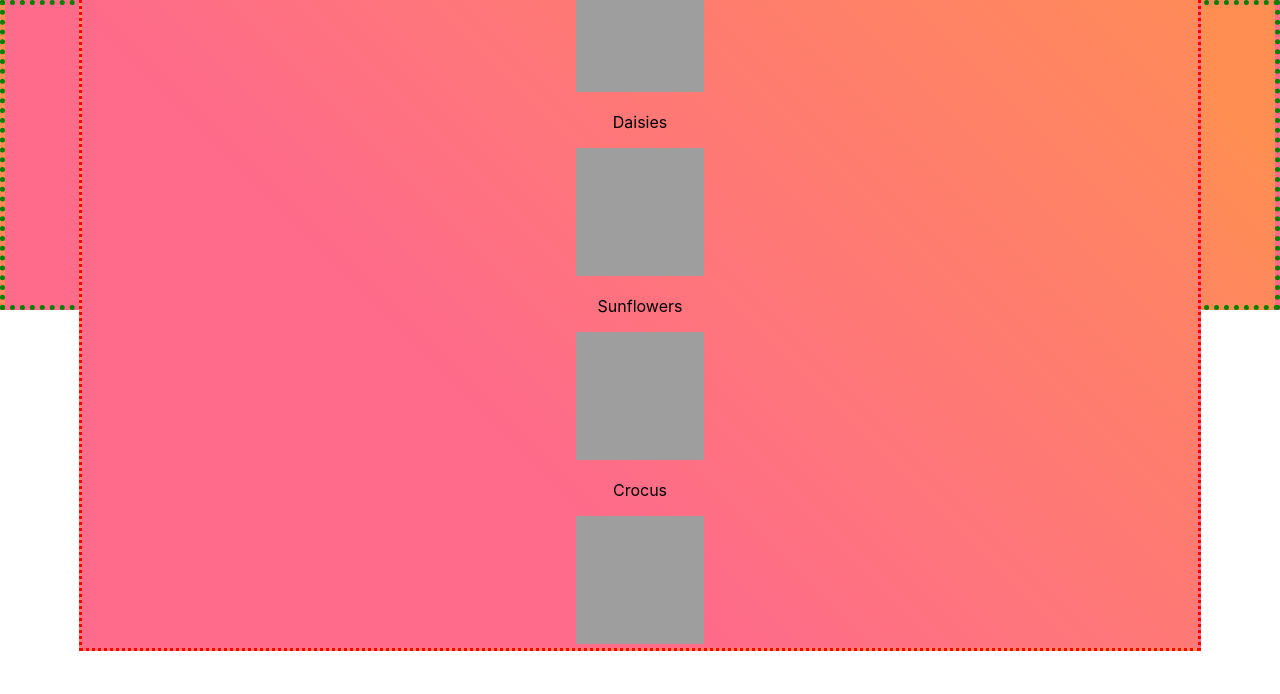
Repository: DevLuDaley/react-flower-shop
Page: /
These files come from the project's save history. The page is drawn as it stood at one moment and after the next save; the edit follows.
The browser window is 1280 px wide. The pictures show the whole page.
Pictures or frames that could not be fetched are drawn as grey boxes. The project was rebuilt for these pictures with package versions that can differ from the ones it lists, and the page was loaded fresh each time.

Above is the page before, as saved 2021-02-19 22:04:03.

After the next save:
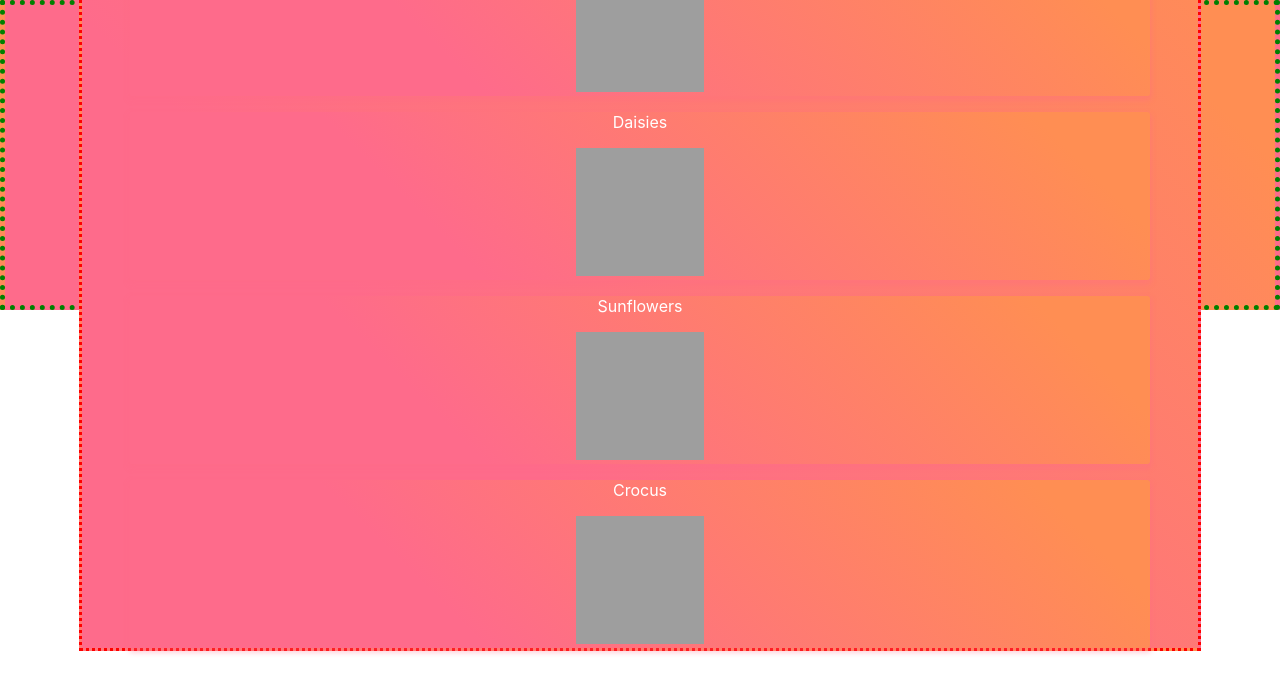
Saved 83 s later.
--- a/src/components/FlowerGallery.js
+++ b/src/components/FlowerGallery.js
@@ -6,11 +6,24 @@ import { makeStyles } from '@material-ui/core/styles';
 import Button from '@material-ui/core/Button';
 import Container from '@material-ui/core/Container';
 
+// const useStyles = makeStyles({
+//   root: {
+//     background: 'linear-gradient(45deg, #FE6B8B 30%, #FF8E53 90%)',
+//     border: 0,
+//     borderRadius: 3,
+//     boxShadow: '0 3px 5px 2px rgba(255, 105, 135, .3)',
+//     color: 'white',
+//     // height: 48,
+//     padding: '0 30px',
+//     margin: '15 0'
+//   },
+// });
+
 const useStyles = makeStyles({
   root: {
-    // background: 'linear-gradient(45deg, #FE6B8B 30%, #FF8E53 90%)',
+    background: 'linear-gradient(45deg, #FE6B8B 30%, #FF8E53 90%)',
     border: 0,
-    // borderRadius: 3,
+    borderRadius: 3,
     boxShadow: '0 3px 5px 2px rgba(255, 105, 135, .3)',
     color: 'white',
     // height: 48,
@@ -63,7 +76,7 @@ const flowerList = [
         <h1>This is a flower Gallery</h1>
         <section>
         {flowerList ? flowerList.map(flower =>
-          <div className="flower-cards">
+          <div className={classes.root}>
               <p>{flower.name}</p>
               <img src={flower.imageUrl} alt={flower.alt} style={{width:"128px", height: "128px"}}></img>
           </div>
